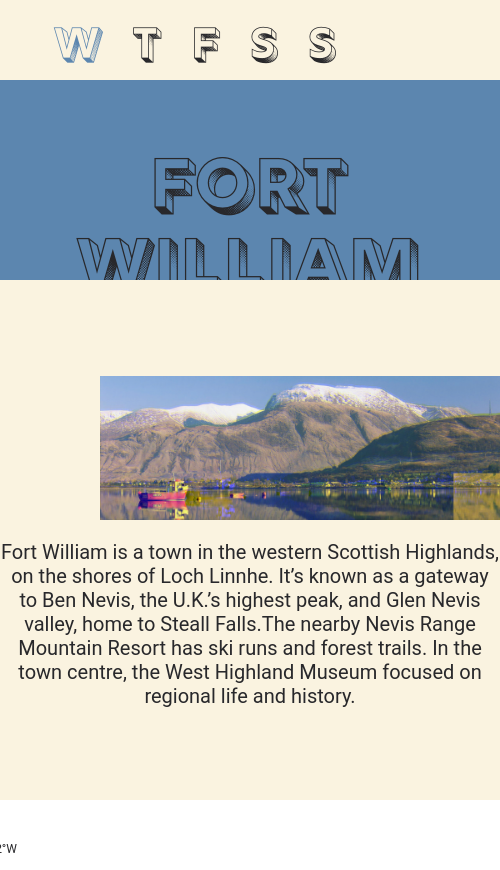
Repository: etak-yram/FINAL-CFG-WEB-DEV
Page: wednesday.html
These files come from the project's save history. The page is drawn as it stood at one moment and after the next save; the edit follows.
The browser window is 375 px wide. The page is 500 px wide, so the pictures cover 500 px, including what lies to the right of the window. The pictures show the whole page.

Above is the page before, as saved 2022-07-27 13:41:04.

### wednesday.html
<!DOCTYPE html>
<html lang="en">

<style>
    #menu-item-wed {
    color: #5c86af;
}

    #aside-color-w {
    background-color: #5c86af;
}

    #aside-text-wed {
        font-size: 6em;
    }

    #aside-text-wed {
        font-size: 6em;
    }
</style>

<head>
    <meta charset="UTF-8">
    <meta http-equiv="X-UA-Compatible" content="IE=edge">
    <meta name="viewport" content="width=device-width, initial-scale=1.0">
    <link rel="stylesheet" type="text/css" href="style-main.css"/>

    <title>WED</title>
</head>
<body>
        <aside id="aside-color-w">
            <div class="aside-text-h" id="aside-text-wed">
                <h1>Fort<br>William</h1>
            </div>
        </aside>

        <subtext>
            <p class="sub-text">56.8198° N, 5.1052°W<br><em>An Gearasdan</em></p>
        </subtext>

        <header>
            <ul class="navbar">
                <li><a href="/wednesday.html" id="menu-item-wed" class="menu-item">Wed</a></li>
                <li><a href="/thursday.html" id="menu-item-thu" class="menu-item">Thu</a></li>
                <li><a href="/friday.html" id="menu-item-fri" class="menu-item">Fri</a></li>
                <li><a href="/saturday.html" id="menu-item-sat" class="menu-item">Sat</a></li>
                <li><a href="/sunday.html" id="menu-item-sun" class="menu-item">Sun</a></li>
            </ul>
        </header>



        <mobile-header>
            <ul class="mobile-navbar">
                <li><a href="/wednesday.html" id="menu-item-wed" class="menu-item">W</a></li>
                <li><a href="/thursday.html" id="menu-item-thu" class="menu-item">T</a></li>
                <li><a href="/friday.html" id="menu-item-fri" class="menu-item">F</a></li>
                <li><a href="/saturday.html" id="menu-item-sat" class="menu-item">S</a></li>
                <li><a href="/sunday.html" id="menu-item-sun" class="menu-item">S</a></li>
            </ul>
        </mobile-header>



        <main-img>
            <div>
                <img class="home-image" src="/images/Fort William.png">
            </div>
        </main-img>

        <main><p>Fort William is a town in the western Scottish Highlands, on the shores of Loch Linnhe. It’s known as a gateway to Ben Nevis, the U.K.’s highest peak, and Glen Nevis valley, home to Steall Falls.The nearby Nevis Range Mountain Resort has ski runs and forest trails. In the town centre, the West Highland Museum focused on regional life and history.<br><br>
        We will travel through the stunning Glencoe on the way - It's going to be magical ♡</p></main>

        <footer></footer>

        <rightside></rightside>

</html>

### style-main.css
@font-face {
  font-family: halftone;
  src: url("/fonts/MyFontsWebfontsKit/webFonts/RigBoldHalftone/font.woff");
}
@import url('https://fonts.googleapis.com/css2?family=Roboto:wght@100&display=swap');
/* font-family: 'Roboto', sans-serif; */

body, html {
  height: 100vh;
}


body {
  margin: 0;
  display: grid;
  grid-template-columns: 21% 15% 20% 30% 21% ;
  grid-template-rows: 10% auto auto 10%;
  grid-template-areas:
    "sidebar subtext header header aside"
    "sidebar subtext main-img main-img aside"
    "sidebar subtext main main aside"
    "sidebar footer footer footer aside";
}


/* right sidebar */

rightside {
  grid-area: aside;
  background-color:#faf3e0;
}

/* sidebar */
aside {
  grid-area: sidebar;
}

.aside-text-h {
  transform: rotate(-90deg);
  transform-origin:bottom right;
  padding-top: 100px;
}

.aside-text-h h1 {
  font-family: halftone;
  color: #28282B;
  line-height: 130px;
}

/* subtext */

subtext {
  grid-area: subtext;
  background-color:#faf3e0;
}

.sub-text {
  font-family: 'Roboto', sans-serif;
  color:#28282B;
  font-size: 25px;
  transform: rotate(-90deg);
  transform-origin:bottom;
  padding-top: 550px;
  margin-left: -100px;
}


/* navbar */



header {
  grid-area: header;
  background-color:#faf3e0;
}


.navbar {
  display: flex;
  list-style: none;
  justify-content: center;
  justify-items: center;

}

.navbar a {
  font-family: halftone;
  text-decoration: none;
  color: #28282B;
  font-size: 4rem;
  padding: 20px;
}

#menu-item-wed:hover {
	color: #5c86af;
}
#menu-item-thu:hover {
	color: #ff914d;
}
#menu-item-fri:hover {
	color: #ffde59;
}
#menu-item-sat:hover {
	color: #03989e;
}
#menu-item-sun:hover {
	color: #b071c2;
}

/* main image  */

main-img {
  grid-area: main-img;
  background-color:#faf3e0;
  display: flex;
  align-items: center;
  padding-left: 100px;
  padding-top: 100px;
}

.home-image {
  width: 800px;
}


/* paragraph of info */
main {
  grid-area: main;
  background-color: #faf3e0;
  text-align: center;
}

main p {
  font-family: 'Roboto', sans-serif;
  color:#28282B;
  font-size: 20px;
}


/* footer */
footer {
  grid-area: footer;
  background-color:#faf3e0;
}





























/* Media Queries */

/* Extra small devices (phones, 600px and down) */
@media only screen and (max-width: 600px) {

  body {
    margin: 0;
    display: grid;
    grid-template-columns: 1fr;
    grid-template-rows: 10% 25% 10% 20% 25% 10%;
    grid-template-areas:
      "header"
      "sidebar"
      "subtext"
      "main-img"
      "main"
      "footer";
  }

  header {
    display: none;
    padding: none;
  }

  mobile-header {
    grid-area: header;
    background-color:#faf3e0;
  }


  .mobile-navbar {
    display: flex;
    list-style: none;

  }

  .mobile-navbar a {
    font-family: halftone;
    text-decoration: none;
    color: #28282B;
    font-size: 3rem;
    padding: 15px;

  }


/* sidebar */
aside {
  grid-area: sidebar;
  display: flex;
  justify-content: center;
  align-items: center;
  text-align: center;
}


.aside-text-h h1 {
  font-family: halftone;
  color: #28282B;
  font-size: .8em;
  line-height: 80px;
}


.aside-text-h {
  transform: none;
  transform-origin: none;
}


/* subtext */

subtext {
  grid-area: subtext;
  background-color:#faf3e0;
}

.sub-text {
  font-family: 'Roboto', sans-serif;
  color:#28282B;
  font-size: 12px;
  transform: none;
}





/* main image  */

main-img {
  grid-area: main-img;
  background-color:#faf3e0;
  display: flex;
  align-items: center;
}

.home-image {
  width: 400px;
}


/* paragraph of info */
main {
  grid-area: main;
  background-color: #faf3e0;
  text-align: center;
}

main p {
  font-family: 'Roboto', sans-serif;
  color:#28282B;
  font-size: 20px;
}


/* footer */
footer {
  grid-area: footer;
  background-color:#faf3e0;
}


  }

/* Small devices (portrait tablets and large phones, 600px and up) */
@media only screen and (min-width: 600px) {}
/* Medium devices (landscape tablets, 768px and up) */
@media only screen and (min-width: 768px) {}

/* Large devices (laptops/desktops, 992px and up) */
@media only screen and (min-width: 992px) {
  mobile-header {
    display: none;
  }
}

/* Extra large devices (large laptops and desktops, 1200px and up) */
@media only screen and (min-width: 1200px) {
  mobile-header {
    display: none;
  }
}

After the next save:
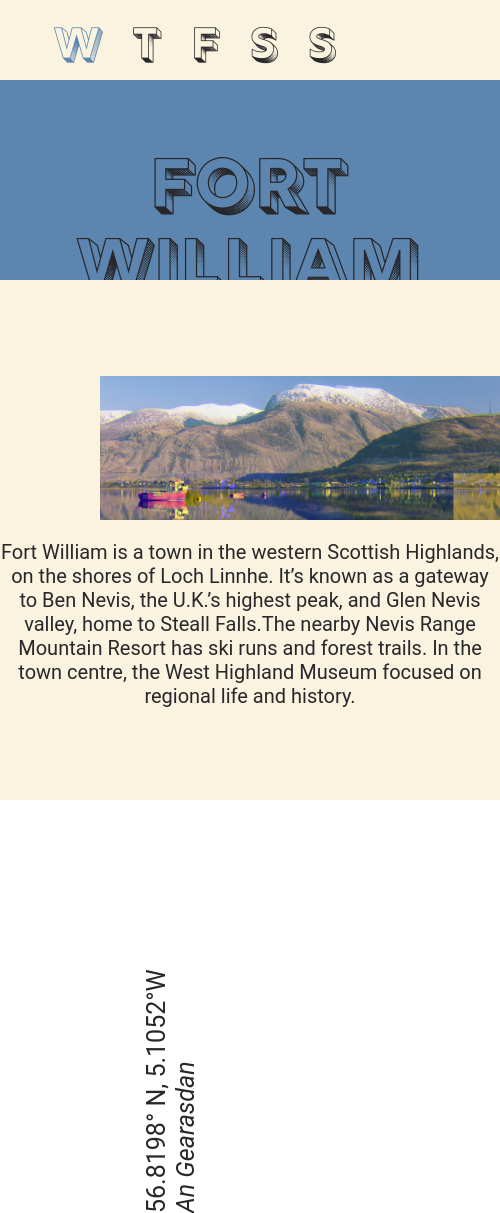
Saved 13 s later.
--- a/style-main.css
+++ b/style-main.css
@@ -243,7 +243,7 @@ aside {
 
 /* subtext */
 
-subtext {
+/* subtext {
   grid-area: subtext;
   background-color:#faf3e0;
 }
@@ -253,7 +253,7 @@ subtext {
   color:#28282B;
   font-size: 12px;
   transform: none;
-}
+} */
 
 
 
